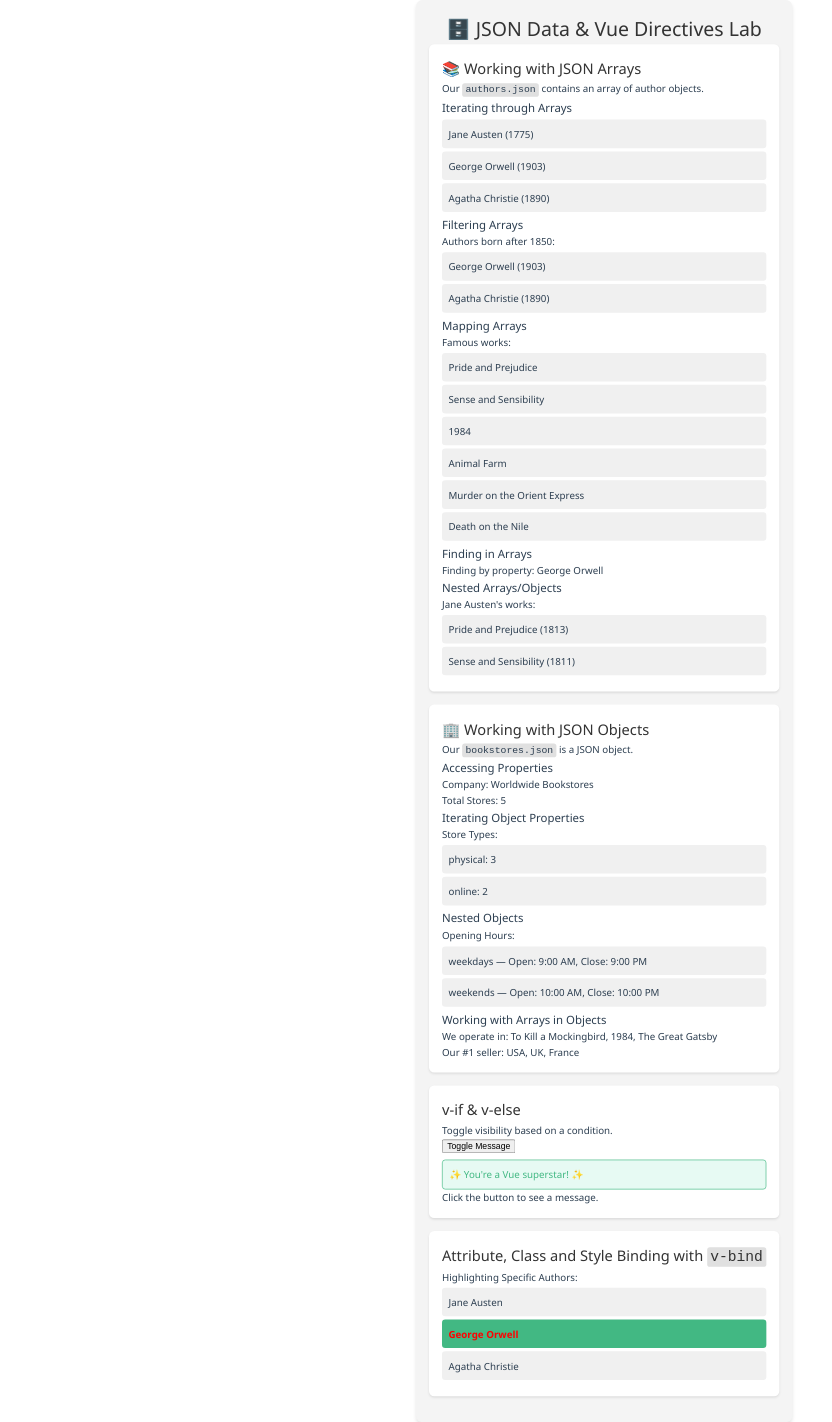
Repository: Andrew-JX/mji-library
Page: /
These files come from the project's save history. The page is drawn as it stood at one moment and after the next save; the edit follows.
The browser window is 1280 px wide. The pictures show the whole page, at 65% of full size.
The project was rebuilt for these pictures with package versions that can differ from the ones it lists, and the page was loaded fresh each time. Also part of the build but not shown: vite.config.js.

Above is the page before, as saved 2025-08-06 16:56:20.

### src/App.vue
<script setup>
import JSONView from "./components/JSON.vue";
</script>

<template>
  <header>
  </header>

  <main>
    <JSONView />
  </main>
</template>

<style scoped>
header {
  line-height: 1.5;
}

.logo {
  display: block;
  margin: 0 auto 2rem;
}

@media (min-width: 1024px) {
  header {
    display: flex;
    place-items: center;
    padding-right: calc(var(--section-gap) / 2);
  }

  .logo {
    margin: 0 2rem 0 0;
  }

  header .wrapper {
    display: flex;
    place-items: flex-start;
    flex-wrap: wrap;
  }
}
</style>

### src/components/JSON.vue
<!-- JSONLab.vue -->
<template>
  <div class="json-lab">
    <h1>🗄️ JSON Data & Vue Directives Lab</h1>

    <section class="lab-section">
      <h2>📚 Working with JSON Arrays</h2>
      <p>Our <code>authors.json</code> contains an array of author objects.</p>

      <h3>Iterating through Arrays</h3>
      <!-- Activity 6: Render a list containing author names and their birth years. Hint: Make use of the v-for directive to iterate through the array of authors. -->
      <!-- TODO: CODE TO RENDER LIST OF AUTHORS HERE -->
      <ul>
        <li v-for="author in authors" :key="author.id">
          {{ author.name }} ({{ author.birthYear }})
        </li>
      </ul>
      <h3>Filtering Arrays</h3>
      <!-- Activity 7: Render a list containing authors born after 1850. Hint: Make use of the v-for directive to iterate through the array of authors that you have filtered out. -->
      <p>Authors born after 1850:</p>
      <!-- TODO: CODE TO RENDER LIST OF AUTHORS HERE -->
      <ul>
        <li v-for="author in modernAuthors" :key="author.id">
          {{ author.name }} ({{ author.birthYear }})
        </li>
      </ul>
      <h3>Mapping Arrays</h3>
      <p>Famous works:</p>
      <ul>
        <!-- Activity 8: Render a list of all famous works. Hint: Use the v-for directive to iterate through the array of authors that you have filtered out. -->
        <li v-for="work in allFamousWorks" :key="work">
          {{ work }}
        </li>
      </ul>

      <h3>Finding in Arrays</h3>
      <p>Finding by property: {{ orwell?.name }}</p>

      <h3>Nested Arrays/Objects</h3>
      <p>{{ austen?.name }}'s works:</p>
      <!-- Activity 9: Render a list of Austen's works. Hint: Use the v-for directive to iterate through the array of authors that you have filtered out. -->
      <!-- TODO: CODE TO RENDER LIST OF AUSTEN'S WORKS HERE -->
      <ul>
        <li v-for="work in austen?.famousWorks" :key="work.title">
          {{ work.title }} ({{ work.year }})
        </li>
      </ul>
    </section>

    <section class="lab-section">
      <h2>🏢 Working with JSON Objects</h2>
      <p>Our <code>bookstores.json</code> is a JSON object.</p>

      <h3>Accessing Properties</h3>
      <p>
        Company:
        <!-- Activity 9a: Get the company name from the bookstores object. -->
        <!-- TODO: CODE TO GET COMPANY NAME HERE -->
        {{ bookstores.name }}
      </p>

      <p>
        Total Stores:
        <!-- Activity 9b: Get the total number of stores from the bookstores object. -->
        <!-- TODO: CODE TO GET TOTAL STORES HERE -->
        {{ bookstores.totalStores }}
      </p>

      <h3>Iterating Object Properties</h3>
      <p>Store Types:</p>
      <!-- Activity 10: Iterate through the storeTypes array and display the store type and the number of stores that use that type. -->
      <!-- TODO: CODE TO RENDER LIST OF STORE TYPES HERE -->
      <ul>
        <li v-for="(count, type) in bookstores.storeTypes" :key="type">
          {{ type }}: {{ count }}
        </li>
      </ul>
      <h3>Nested Objects</h3>
      <p>Opening Hours:</p>
      <!-- Activity 11: Iterate through the openingHours object and display the day of the week and the opening and closing times. -->
      <!-- TODO: CODE TO RENDER LIST OF OPENING HOURS HERE -->
      <ul>
        <li v-for="(hours, day) in bookstores.openingHours" :key="day">
          {{ day }} — Open: {{ hours.open }}, Close: {{ hours.close }}
        </li>
      </ul>
      <h3>Working with Arrays in Objects</h3>
      <!-- Activity 12: Get the top sellers from the bookstores object. -->
      <!-- TODO: CODE TO GET TOP SELLERS HERE -->
      <p>We operate in: {{ bookstores.topSellers.join(', ') }}</p>
      <p>Our #1 seller: {{ bookstores.countries.join(', ') }}</p>
    </section>

    <section class="lab-section">
      <h2>v-if & v-else</h2>
      <p>Toggle visibility based on a condition.</p>
      <!-- Activity 13: Toggle the message visibility when the button is clicked. -->
      <!-- TODO: CODE TO TOGGLE MESSAGE VISIBILITY HERE. Hint: Use the v-if directive. -->
      <button @click="showMessage = !showMessage">Toggle Message</button>
      <p class="message success">✨ You're a Vue superstar! ✨</p>
      <p>Click the button to see a message.</p>
    </section>

    <section class="lab-section">
      <h2>Attribute, Class and Style Binding with <code>v-bind</code></h2>
      <p>Highlighting Specific Authors:</p>
      <ul>
        <li v-for="author in authors" :key="author.id" :class="{ highlight: author.name === 'George Orwell' }"
          :style="author.name === 'George Orwell' ? 'color: red; font-weight: bold' : ''">
          {{ author.name }}
        </li>
      </ul>
    </section>
  </div>
</template>

<script setup>
import { ref, computed } from "vue"
import authorsData from '../assets/json/authors.json'
import bookstoresData from '../assets/json/bookstores.json'
// Activity 1: Import JSON files (authors.json and bookstores.json)
// TODO: CODE TO IMPORT JSON FILES HERE
const authors = ref(authorsData)
const bookstores = ref(bookstoresData)
// Activity 13: Toggle message visibility
const showMessage = ref(false)

// Activity 2: Get authors born after 1850
const modernAuthors = computed(() =>
  authors.value.filter(author => author.birthYear > 1850)
)

// Activity 3: Get all famous works
const allFamousWorks = computed(() =>
  // TODO: CODE TO GET ALL FAMOUS WORKS HERE
  authors.value.flatMap(author => author.famousWorks.map(work => work.title))
)

// Activity 4: Find author by name
const orwell = computed(() =>
  // TODO: CODE TO FIND AUTHOR BY NAME HERE
  authors.value.find(author => author.name === 'George Orwell')
)

// Activity 5: Find author by ID
const austen = computed(() =>
  // TODO: CODE TO FIND AUTHOR BY ID HERE
  authors.value.find(author => author.id === 1)
)
</script>

<style scoped>
.json-lab {
  font-family: "Segoe UI", Tahoma, Geneva, Verdana, sans-serif;
  max-width: 80vw;
  margin: 0 auto;
  padding: 20px;
  background-color: #f4f4f4;
  border-radius: 10px;
  box-shadow: 0 4px 6px rgba(0, 0, 0, 0.1);
}

h1,
h2 {
  color: #333;
}

h1 {
  text-align: center;
}

.lab-section {
  background-color: white;
  padding: 20px;
  margin-bottom: 20px;
  border-radius: 8px;
  box-shadow: 0 2px 4px rgba(0, 0, 0, 0.1);
}

.message {
  padding: 10px;
  border-radius: 5px;
  margin-top: 10px;
}

.success {
  background-color: #e7faf3;
  color: #42b883;
  border: 1px solid #42b883;
}

.highlight {
  background-color: #42b883;
}

code {
  background-color: #e0e0e0;
  padding: 2px 5px;
  border-radius: 4px;
  font-family: "Courier New", Courier, monospace;
}

ul {
  list-style-type: none;
  padding: 0;
}

li {
  background-color: #f0f0f0;
  padding: 10px;
  margin: 5px 0;
  border-radius: 5px;
}
</style>

Loaded but not shown: index.html (common file); src/main.js (common file); src/assets/main.css (common file); src/assets/base.css (common file); src/assets/json/authors.json (common file); src/assets/json/bookstores.json (common file)

After the next save:
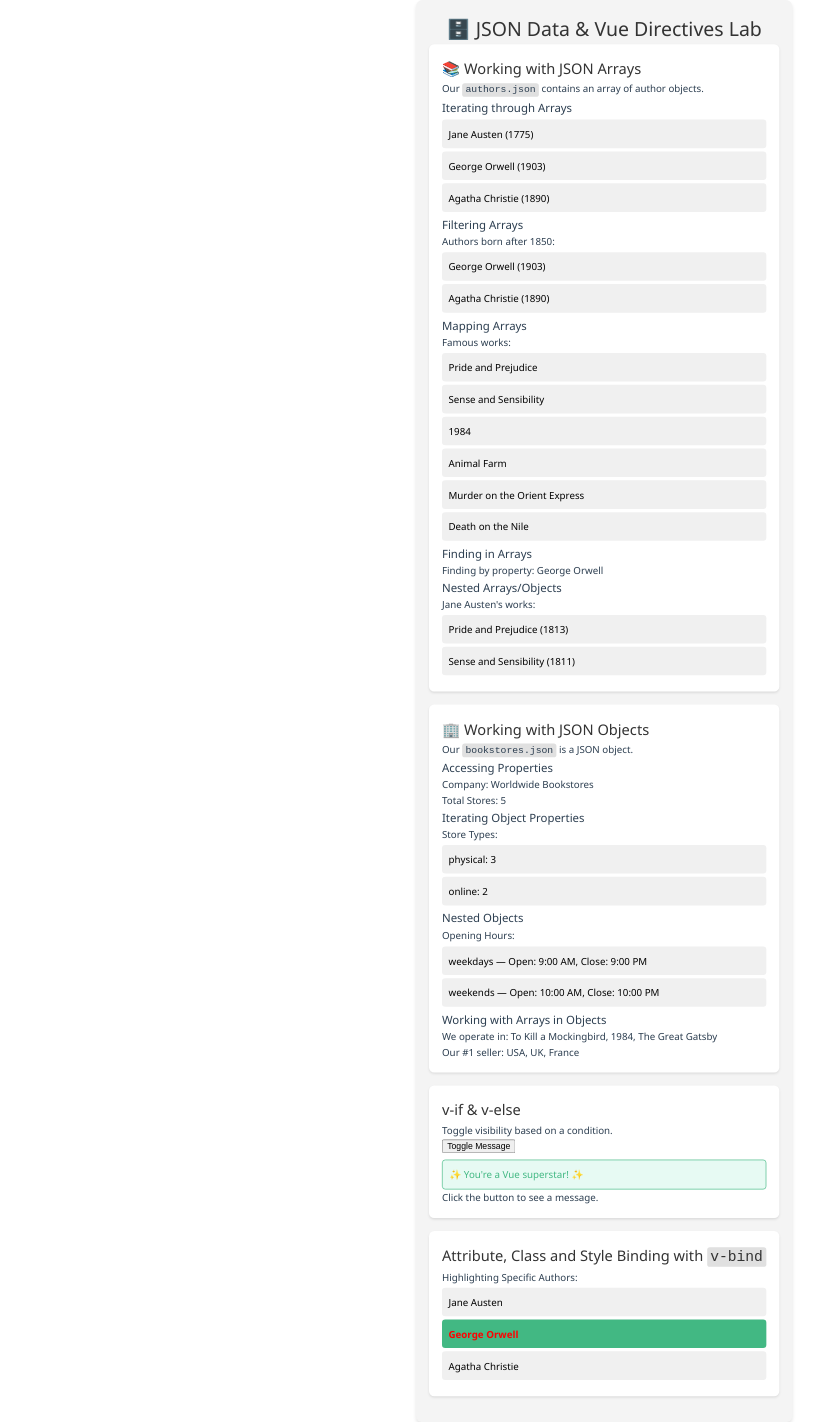
Saved 61 min 41 s later.
--- a/src/components/JSON.vue
+++ b/src/components/JSON.vue
@@ -210,5 +210,6 @@ li {
   padding: 10px;
   margin: 5px 0;
   border-radius: 5px;
+  color: #000;
 }
 </style>
